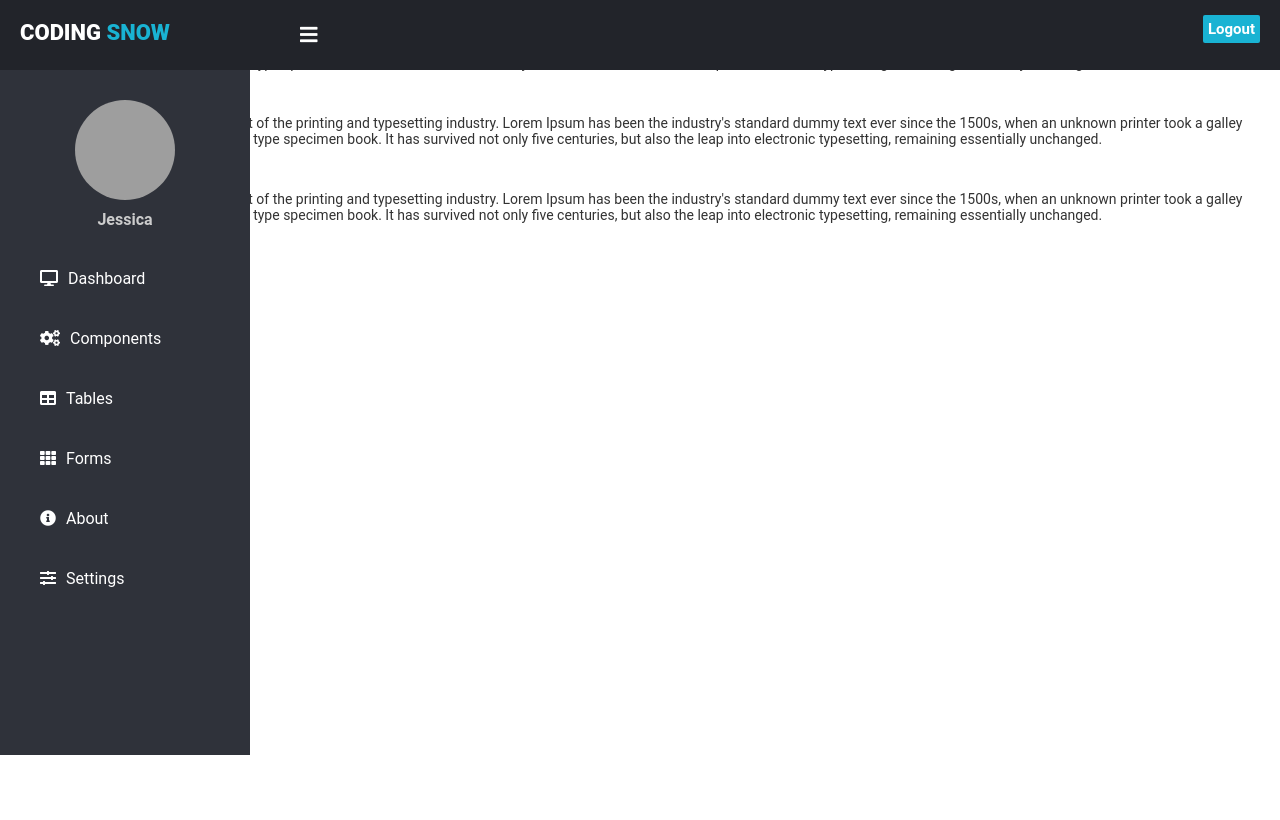
Repository: khanhdiii/DisplayHTML
Page: Sidebar/index.html
These files come from the project's save history. The page is drawn as it stood at one moment and after the next save; the edit follows.
The browser window is 1280 px wide. The pictures show the whole page.
Pictures or frames that could not be fetched are drawn as grey boxes. Some web libraries are served in a nearby version.

Above is the page before, as saved 2021-10-02 16:09:56.

### Sidebar/index.html
<!DOCTYPE html>
<html lang="en" dir="ltr">
    <head>
        <meta charset="utf-8">
        <meta name="viewport" content="width=device-width, initial-scale=1.0">
        <title>Responsive Sidebar Dashboard Template</title>
        <link rel="stylesheet" href="styles.css">
        <link rel="stylesheet"
            href="https://cdnjs.cloudflare.com/ajax/libs/font-awesome/5.12.1/css/all.min.css">
        <script src="https://cdnjs.cloudflare.com/ajax/libs/jquery/3.5.1/jquery.min.js"
            charset="utf-8"></script>
    </head>
    <body>

        <input type="checkbox" id="check">
        <!--header area start-->
        <header>
            <label for="check">
                <i class="fas fa-bars" id="sidebar_btn"></i>
            </label>
            <div class="left_area">
                <h3>Coding <span>Snow</span></h3>
            </div>
            <div class="right_area">
                <a href="#" class="logout_btn">Logout</a>
            </div>
        </header>
        <!--header area end-->
        <!--mobile navigation bar start-->
        <div class="mobile_nav">

            <div class="mobile_nav_items">
                <a href="#"><i class="fas fa-desktop"></i><span>Dashboard</span></a>
                <a href="#"><i class="fas fa-cogs"></i><span>Components</span></a>
                <a href="#"><i class="fas fa-table"></i><span>Tables</span></a>
                <a href="#"><i class="fas fa-th"></i><span>Forms</span></a>
                <a href="#"><i class="fas fa-info-circle"></i><span>About</span></a>
                <a href="#"><i class="fas fa-sliders-h"></i><span>Settings</span></a>
            </div>
        </div>
        <!--mobile navigation bar end-->
        <!--sidebar start-->
        <div class="sidebar">
            <div class="profile_info">
                <img src="1.png" class="profile_image" alt="">
                <h4>Jessica</h4>
            </div>
            <a href="#"><i class="fas fa-desktop"></i><span>Dashboard</span></a>
            <a href="#"><i class="fas fa-cogs"></i><span>Components</span></a>
            <a href="#"><i class="fas fa-table"></i><span>Tables</span></a>
            <a href="#"><i class="fas fa-th"></i><span>Forms</span></a>
            <a href="#"><i class="fas fa-info-circle"></i><span>About</span></a>
            <a href="#"><i class="fas fa-sliders-h"></i><span>Settings</span></a>
        </div>
        <!--sidebar end-->

        <div class="content">
            <div class="card">
                <p>Lorem Ipsum is simply dummy text of the printing and typesetting industry. Lorem
                    Ipsum has been the industry's standard dummy text ever since the 1500s, when an
                    unknown printer took a galley of type and scrambled it to make a type specimen
                    book. It has survived not only five centuries, but also the leap into electronic
                    typesetting, remaining essentially unchanged.</p>
            </div>
            <div class="card">
                <p>Lorem Ipsum is simply dummy text of the printing and typesetting industry. Lorem
                    Ipsum has been the industry's standard dummy text ever since the 1500s, when an
                    unknown printer took a galley of type and scrambled it to make a type specimen
                    book. It has survived not only five centuries, but also the leap into electronic
                    typesetting, remaining essentially unchanged.</p>
            </div>
            <div class="card">
                <p>Lorem Ipsum is simply dummy text of the printing and typesetting industry. Lorem
                    Ipsum has been the industry's standard dummy text ever since the 1500s, when an
                    unknown printer took a galley of type and scrambled it to make a type specimen
                    book. It has survived not only five centuries, but also the leap into electronic
                    typesetting, remaining essentially unchanged.</p>
            </div>
        </div>

        <script type="text/javascript">
    $(document).ready(function(){
      $('.nav_btn').click(function(){
        $('.mobile_nav_items').toggleClass('active');
      });
    });
    </script>
    </body>
</html>

### Sidebar/styles.css
body {
  margin: 0;
  padding: 0;
  font-family: "Roboto", sans-serif;
}

header {
  z-index: 1;
  position: fixed;
  background: #22242a;
  padding: 20px;
  width: calc(100% - 0%);
  top: 0;
  height: 30px;
}

.left_area h3 {
  color: #fff;
  margin: 0;
  text-transform: uppercase;
  font-size: 22px;
  font-weight: 900;
}

.left_area span {
  color: #19b3d3;
}

.logout_btn {
  padding: 5px;
  background: #19b3d3;
  text-decoration: none;
  float: right;
  margin-top: -30px;
  margin-right: 40px;
  border-radius: 2px;
  font-size: 15px;
  font-weight: 600;
  color: #fff;
  transition: 0.5s;
  transition-property: background;
}

.logout_btn:hover {
  background: #0b87a6;
}

.sidebar {
  z-index: 1;
  top: 0;
  background: #2f323a;
  margin-top: 70px;
  padding-top: 30px;
  position: fixed;
  left: 0;
  width: 250px;
  height: calc(100% - 9%);
  transition: 0.5s;
  transition-property: left;
  overflow-y: auto;
}

.profile_info {
  display: flex;
  flex-direction: column;
  justify-content: center;
  align-items: center;
}

.sidebar .profile_info .profile_image {
  width: 100px;
  height: 100px;
  border-radius: 100px;
  margin-bottom: 10px;
}

.sidebar .profile_info h4 {
  color: #ccc;
  margin-top: 0;
  margin-bottom: 20px;
}

.sidebar a {
  color: #fff;
  display: block;
  width: 100%;
  line-height: 60px;
  text-decoration: none;
  padding-left: 40px;
  box-sizing: border-box;
  transition: 0.5s;
  transition-property: background;
}

.sidebar a:hover {
  background: #19b3d3;
}

.sidebar i {
  padding-right: 10px;
}

label #sidebar_btn {
  z-index: 1;
  color: #fff;
  position: fixed;
  cursor: pointer;
  left: 300px;
  font-size: 20px;
  margin: 5px 0;
  transition: 0.5s;
  transition-property: color;
}

label #sidebar_btn:hover {
  color: #19b3d3;
}

#check:checked ~ .sidebar {
  left: -185px;
}

#check:checked ~ .sidebar a span {
  display: none;
}

#check:checked ~ .sidebar a {
  font-size: 20px;
  margin-left: 165px;
  width: 100%;
}

.content {
  width: (100% - 250px);
  margin-top: 60px;
  padding: 20px;
  margin-left: 250px;
  background: url(background.png) no-repeat;
  background-position: center;
  background-size: cover;
  height: 100vh;
  transition: 0.5s;
}

#check:checked ~ .content {
  margin-left: 60px;
}

#check:checked ~ .sidebar .profile_info {
  display: none;
}

#check {
  display: none;
}

.mobile_nav {
  display: none;
}

.content .card p {
  background: #fff;
  padding: 15px;
  margin-bottom: 10px;
  font-size: 14px;
  opacity: 0.8;
}

/* Responsive CSS */

@media screen and (max-width: 780px) {
  .sidebar {
    display: none;
  }

  #sidebar_btn {
    display: none;
  }

  .content {
    margin-left: 0;
    margin-top: 0;
    padding: 10px 20px;
    transition: 0s;
  }

  #check:checked ~ .content {
    margin-left: 0;
  }

  .mobile_nav {
    display: block;
    width: calc(100% - 0%);
  }

  .nav_bar {
    background: #222;
    width: (100% - 0px);
    margin-top: 70px;
    display: flex;
    justify-content: space-between;
    align-items: center;
    padding: 10px 20px;
  }

  .nav_bar .mobile_profile_image {
    width: 50px;
    height: 50px;
    border-radius: 50%;
  }

  .nav_bar .nav_btn {
    color: #fff;
    font-size: 22px;
    cursor: pointer;
    transition: 0.5s;
    transition-property: color;
  }

  .nav_bar .nav_btn:hover {
    color: #19b3d3;
  }

  .mobile_nav_items {
    background: #2f323a;
    display: none;
  }

  .mobile_nav_items a {
    color: #fff;
    display: block;
    text-align: center;
    letter-spacing: 1px;
    line-height: 60px;
    text-decoration: none;
    box-sizing: border-box;
    transition: 0.5s;
    transition-property: background;
  }

  .mobile_nav_items a:hover {
    background: #19b3d3;
  }

  .mobile_nav_items i {
    padding-right: 10px;
  }

  .active {
    display: block;
  }
}

After the next save:
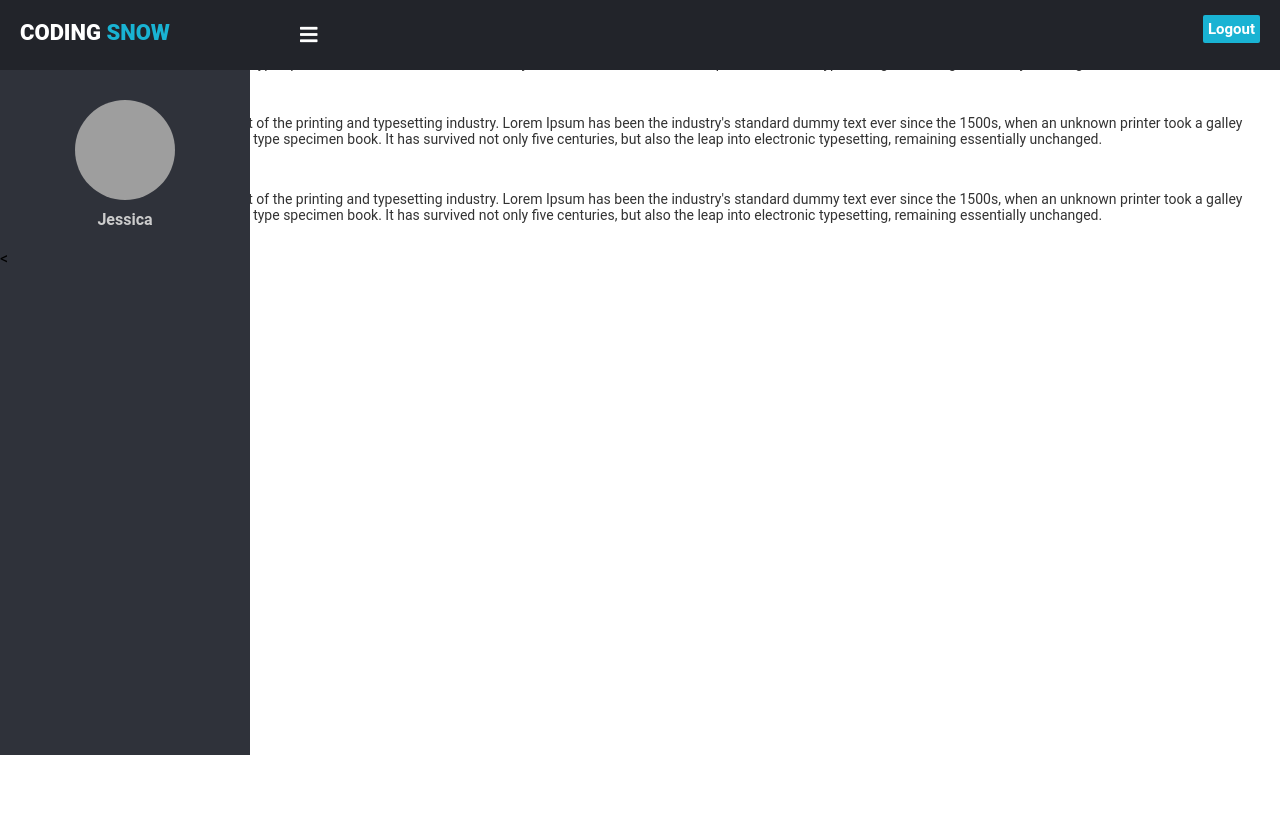
Saved 16 s later.
--- a/Sidebar/index.html
+++ b/Sidebar/index.html
@@ -45,45 +45,51 @@
                 <img src="1.png" class="profile_image" alt="">
                 <h4>Jessica</h4>
             </div>
-            <a href="#"><i class="fas fa-desktop"></i><span>Dashboard</span></a>
-            <a href="#"><i class="fas fa-cogs"></i><span>Components</span></a>
-            <a href="#"><i class="fas fa-table"></i><span>Tables</span></a>
-            <a href="#"><i class="fas fa-th"></i><span>Forms</span></a>
-            <a href="#"><i class="fas fa-info-circle"></i><span>About</span></a>
-            <a href="#"><i class="fas fa-sliders-h"></i><span>Settings</span></a>
-        </div>
-        <!--sidebar end-->
+            <</div>
+            <!--sidebar end-->
 
-        <div class="content">
-            <div class="card">
-                <p>Lorem Ipsum is simply dummy text of the printing and typesetting industry. Lorem
-                    Ipsum has been the industry's standard dummy text ever since the 1500s, when an
-                    unknown printer took a galley of type and scrambled it to make a type specimen
-                    book. It has survived not only five centuries, but also the leap into electronic
-                    typesetting, remaining essentially unchanged.</p>
+            <div class="content">
+                <div class="card">
+                    <p>Lorem Ipsum is simply dummy text of the printing and typesetting industry.
+                        Lorem
+                        Ipsum has been the industry's standard dummy text ever since the 1500s, when
+                        an
+                        unknown printer took a galley of type and scrambled it to make a type
+                        specimen
+                        book. It has survived not only five centuries, but also the leap into
+                        electronic
+                        typesetting, remaining essentially unchanged.</p>
+                </div>
+                <div class="card">
+                    <p>Lorem Ipsum is simply dummy text of the printing and typesetting industry.
+                        Lorem
+                        Ipsum has been the industry's standard dummy text ever since the 1500s, when
+                        an
+                        unknown printer took a galley of type and scrambled it to make a type
+                        specimen
+                        book. It has survived not only five centuries, but also the leap into
+                        electronic
+                        typesetting, remaining essentially unchanged.</p>
+                </div>
+                <div class="card">
+                    <p>Lorem Ipsum is simply dummy text of the printing and typesetting industry.
+                        Lorem
+                        Ipsum has been the industry's standard dummy text ever since the 1500s, when
+                        an
+                        unknown printer took a galley of type and scrambled it to make a type
+                        specimen
+                        book. It has survived not only five centuries, but also the leap into
+                        electronic
+                        typesetting, remaining essentially unchanged.</p>
+                </div>
             </div>
-            <div class="card">
-                <p>Lorem Ipsum is simply dummy text of the printing and typesetting industry. Lorem
-                    Ipsum has been the industry's standard dummy text ever since the 1500s, when an
-                    unknown printer took a galley of type and scrambled it to make a type specimen
-                    book. It has survived not only five centuries, but also the leap into electronic
-                    typesetting, remaining essentially unchanged.</p>
-            </div>
-            <div class="card">
-                <p>Lorem Ipsum is simply dummy text of the printing and typesetting industry. Lorem
-                    Ipsum has been the industry's standard dummy text ever since the 1500s, when an
-                    unknown printer took a galley of type and scrambled it to make a type specimen
-                    book. It has survived not only five centuries, but also the leap into electronic
-                    typesetting, remaining essentially unchanged.</p>
-            </div>
-        </div>
 
-        <script type="text/javascript">
+            <script type="text/javascript">
     $(document).ready(function(){
       $('.nav_btn').click(function(){
         $('.mobile_nav_items').toggleClass('active');
       });
     });
     </script>
-    </body>
-</html>
+        </body>
+    </html>

After the save that followed:
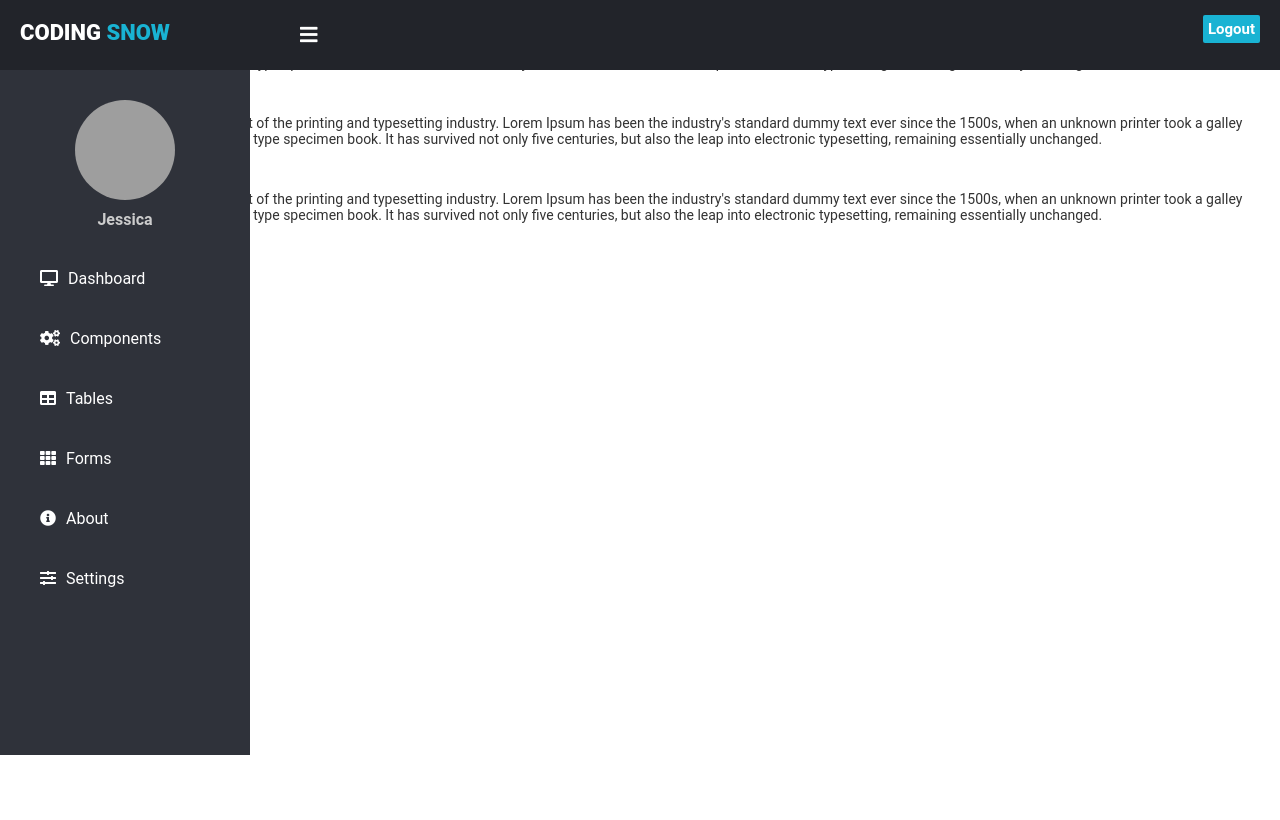
Saved 12 s later.
--- a/Sidebar/index.html
+++ b/Sidebar/index.html
@@ -27,69 +27,51 @@
         </header>
         <!--header area end-->
         <!--mobile navigation bar start-->
-        <div class="mobile_nav">
 
-            <div class="mobile_nav_items">
-                <a href="#"><i class="fas fa-desktop"></i><span>Dashboard</span></a>
-                <a href="#"><i class="fas fa-cogs"></i><span>Components</span></a>
-                <a href="#"><i class="fas fa-table"></i><span>Tables</span></a>
-                <a href="#"><i class="fas fa-th"></i><span>Forms</span></a>
-                <a href="#"><i class="fas fa-info-circle"></i><span>About</span></a>
-                <a href="#"><i class="fas fa-sliders-h"></i><span>Settings</span></a>
-            </div>
-        </div>
-        <!--mobile navigation bar end-->
-        <!--sidebar start-->
         <div class="sidebar">
             <div class="profile_info">
                 <img src="1.png" class="profile_image" alt="">
                 <h4>Jessica</h4>
             </div>
-            <</div>
-            <!--sidebar end-->
+            <a href="#"><i class="fas fa-desktop"></i><span>Dashboard</span></a>
+            <a href="#"><i class="fas fa-cogs"></i><span>Components</span></a>
+            <a href="#"><i class="fas fa-table"></i><span>Tables</span></a>
+            <a href="#"><i class="fas fa-th"></i><span>Forms</span></a>
+            <a href="#"><i class="fas fa-info-circle"></i><span>About</span></a>
+            <a href="#"><i class="fas fa-sliders-h"></i><span>Settings</span></a>
+        </div>
+        <!--sidebar end-->
 
-            <div class="content">
-                <div class="card">
-                    <p>Lorem Ipsum is simply dummy text of the printing and typesetting industry.
-                        Lorem
-                        Ipsum has been the industry's standard dummy text ever since the 1500s, when
-                        an
-                        unknown printer took a galley of type and scrambled it to make a type
-                        specimen
-                        book. It has survived not only five centuries, but also the leap into
-                        electronic
-                        typesetting, remaining essentially unchanged.</p>
-                </div>
-                <div class="card">
-                    <p>Lorem Ipsum is simply dummy text of the printing and typesetting industry.
-                        Lorem
-                        Ipsum has been the industry's standard dummy text ever since the 1500s, when
-                        an
-                        unknown printer took a galley of type and scrambled it to make a type
-                        specimen
-                        book. It has survived not only five centuries, but also the leap into
-                        electronic
-                        typesetting, remaining essentially unchanged.</p>
-                </div>
-                <div class="card">
-                    <p>Lorem Ipsum is simply dummy text of the printing and typesetting industry.
-                        Lorem
-                        Ipsum has been the industry's standard dummy text ever since the 1500s, when
-                        an
-                        unknown printer took a galley of type and scrambled it to make a type
-                        specimen
-                        book. It has survived not only five centuries, but also the leap into
-                        electronic
-                        typesetting, remaining essentially unchanged.</p>
-                </div>
+        <div class="content">
+            <div class="card">
+                <p>Lorem Ipsum is simply dummy text of the printing and typesetting industry. Lorem
+                    Ipsum has been the industry's standard dummy text ever since the 1500s, when an
+                    unknown printer took a galley of type and scrambled it to make a type specimen
+                    book. It has survived not only five centuries, but also the leap into electronic
+                    typesetting, remaining essentially unchanged.</p>
             </div>
+            <div class="card">
+                <p>Lorem Ipsum is simply dummy text of the printing and typesetting industry. Lorem
+                    Ipsum has been the industry's standard dummy text ever since the 1500s, when an
+                    unknown printer took a galley of type and scrambled it to make a type specimen
+                    book. It has survived not only five centuries, but also the leap into electronic
+                    typesetting, remaining essentially unchanged.</p>
+            </div>
+            <div class="card">
+                <p>Lorem Ipsum is simply dummy text of the printing and typesetting industry. Lorem
+                    Ipsum has been the industry's standard dummy text ever since the 1500s, when an
+                    unknown printer took a galley of type and scrambled it to make a type specimen
+                    book. It has survived not only five centuries, but also the leap into electronic
+                    typesetting, remaining essentially unchanged.</p>
+            </div>
+        </div>
 
-            <script type="text/javascript">
+        <script type="text/javascript">
     $(document).ready(function(){
       $('.nav_btn').click(function(){
         $('.mobile_nav_items').toggleClass('active');
       });
     });
     </script>
-        </body>
-    </html>
+    </body>
+</html>
